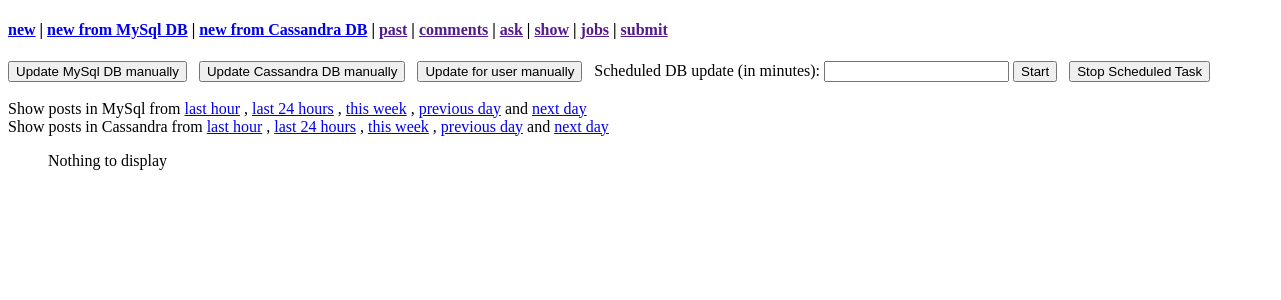
Repository: akshatmaheshwar/HackerNews-Clone
Page: http://localhost/HackerNews/dbnewest
The author's editor kept a copy of each file at every save. The page is drawn from the files as they stood at one save, then again after the next save.
The browser window is 1280 px wide. The page is 1280 px wide, then 1281 px, so the pictures cover 1281 px, including what lies to the right of the window. The pictures show the whole page.
The page is served by Tomcat 10. Queries for data that is not in the repository find no rows.

Above is the page before, as saved 2023-10-19 05:20:29.

After the next save:
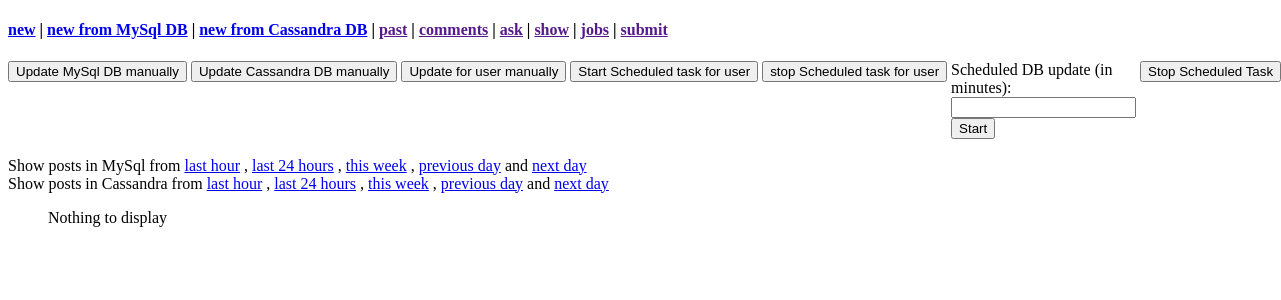
Saved 9 min 41 s later.
--- a/HackerNews/src/main/webapp/newest.jsp
+++ b/HackerNews/src/main/webapp/newest.jsp
@@ -79,6 +79,8 @@ if(request.getAttribute("user")!=null) user = (String)request.getAttribute("user
 	<form action="dbnewest" method="post"><input type="submit" value="Update MySql DB manually"></form> &nbsp; &nbsp;
 	<form action="casdbnewest" method="post"><input type="submit" value="Update Cassandra DB manually"></form> &nbsp; &nbsp;
 	<form action="casdbbasedonuser?user=<%=user%>" method="post"><input type="submit" value="Update for user manually"></form> &nbsp; &nbsp;
+	<form action="scheduleddbupdatebyuser?user=<%=user%>" method="post"><input type="submit" value="Start Scheduled task for user"></form> &nbsp; &nbsp;
+	<form action="stopscheduleddbupdatebyuser?user=<%=user%>" method="post"><input type="submit" value="stop Scheduled task for user"></form> &nbsp; &nbsp;
 	<form action="scheduledservlet" method="post">
         Scheduled DB update (in minutes): <input type="text" name="intervalMinutes" required>
         <input type="submit" value="Start">
